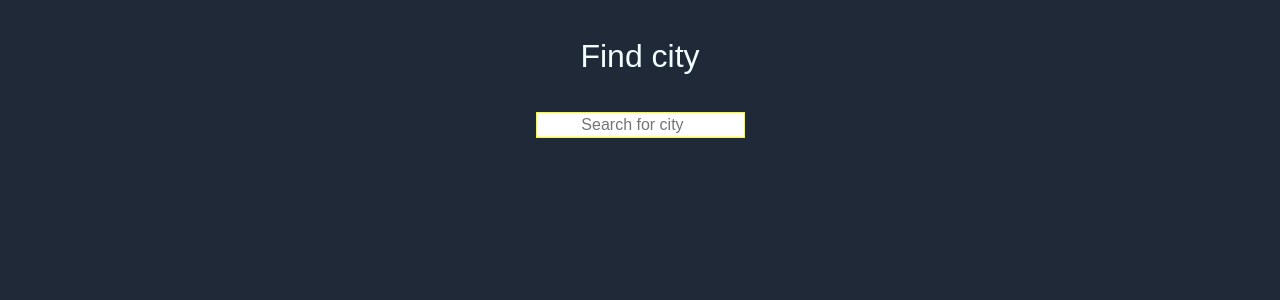
Repository: dung8466/Javascript30
Page: Pratice axios/index.html
An editor plug-in stored every save of this project. The page is shown before and after the next save, followed by the edit.
The browser window is 1280 px wide. The pictures show the whole page.

Above is the page before, as saved 2022-07-20 16:13:04.

After the next save:
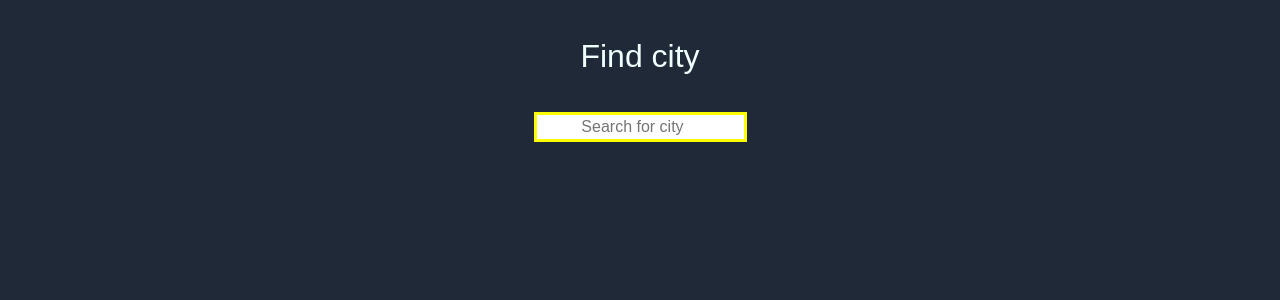
Saved 5 s later.
--- a/Pratice axios/style.css
+++ b/Pratice axios/style.css
@@ -27,5 +27,5 @@ header{
 
 #input{
     text-align: center;
-    border: 1px solid yellow;
+    border: 3px solid yellow;
 }
